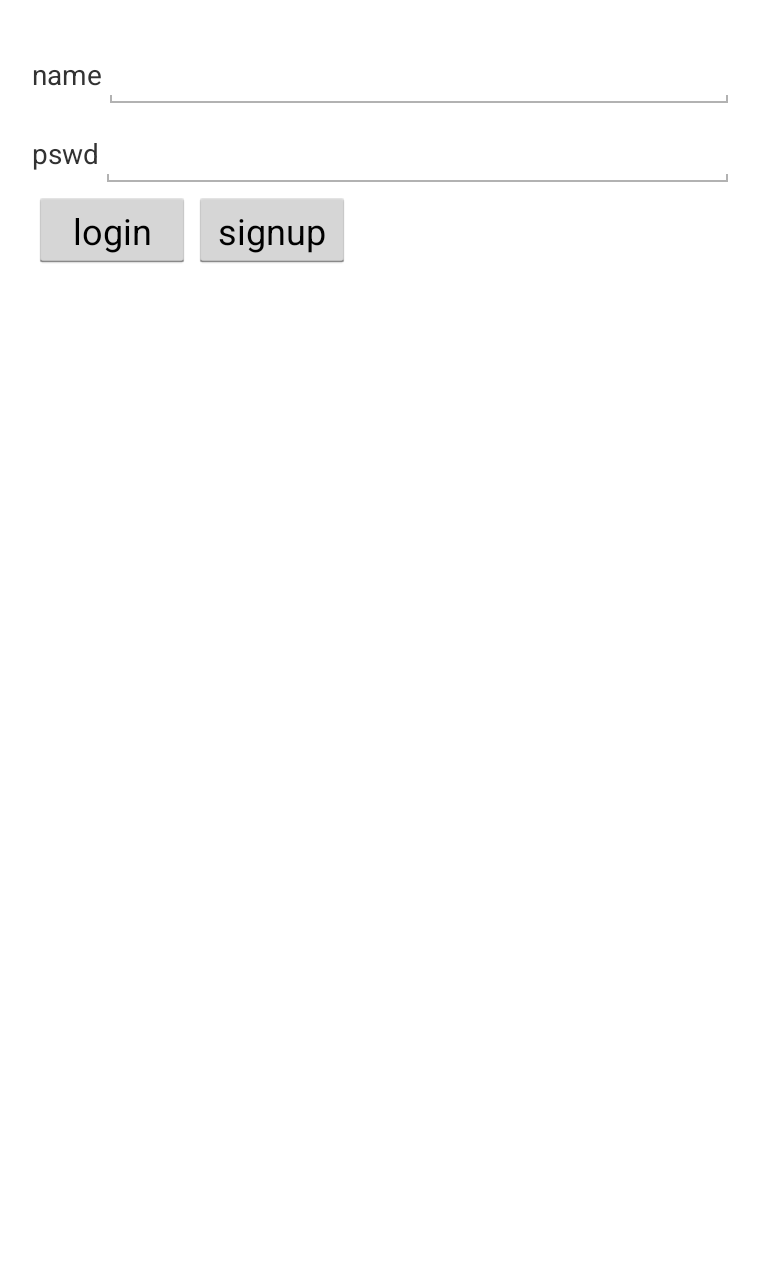
Repository: KnightFreedom/cookcook
Layout: client/CookCook/res/layout/activity_main.xml
The author's editor kept a copy of each file at every save. The layout is drawn from the files as they stood at one save, then again after the next save.
It is drawn on a 768 x 1280 px phone screen (xhdpi) without system bars, with theme AppTheme; the app's code is not run.

Above is the layout before, as saved 2017-05-10 05:42:21.

After the next save:
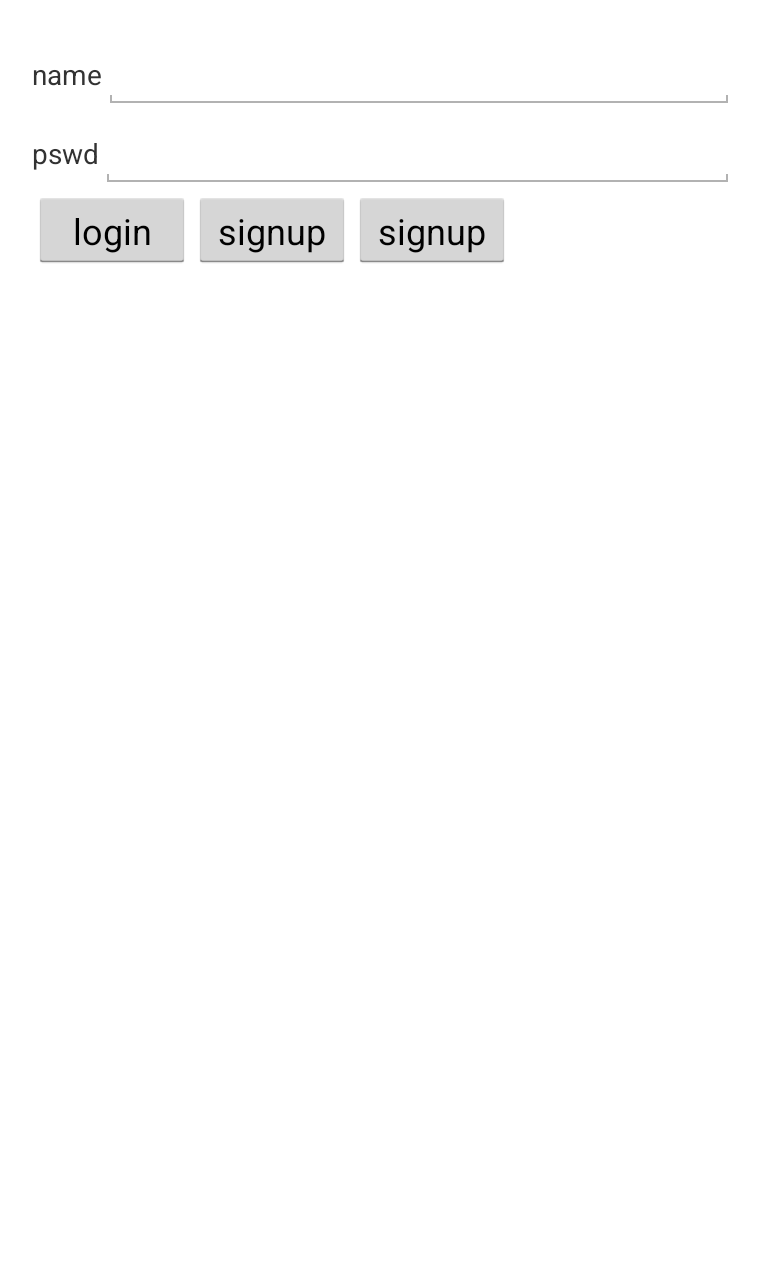
Saved 49 s later.
--- a/client/CookCook/res/layout/activity_main.xml
+++ b/client/CookCook/res/layout/activity_main.xml
@@ -69,6 +69,12 @@
 	        android:text="@string/signup"
 	        />
 
+	    <Button
+	        android:id="@+id/guestBtn"
+	        android:layout_width = "80dp"
+	        android:layout_height = "40dp"
+	        android:text="@string/signup"
+	        />
 	    </LinearLayout>
 
     </LinearLayout>
